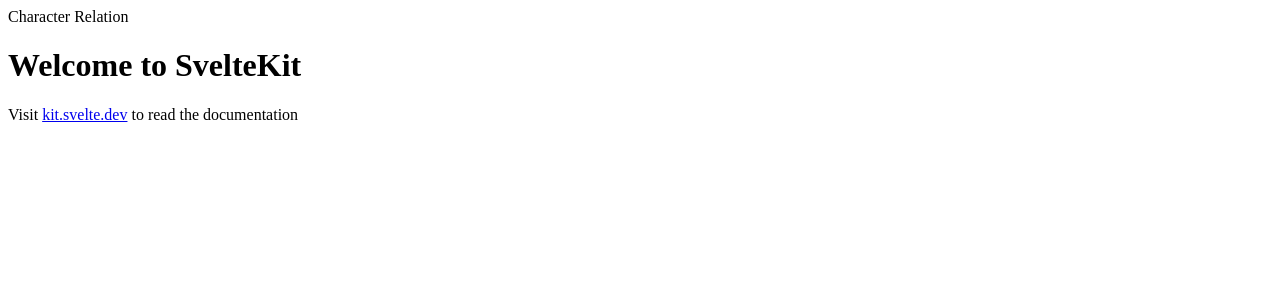
Repository: Lenerystia/Character_relationships
Page: /
An editor plug-in stored every save of this project. The page is shown before and after the next save, followed by the edit.
The browser window is 1280 px wide. The pictures show the whole page.
The project was rebuilt for these pictures with package versions that can differ from the ones it lists, and the page was loaded fresh each time. The framework's server and built-in components were replaced by stand-ins that run in the browser. Also part of the build but not shown: svelte.config.js, vite.config.ts, src/app.css.

Above is the page before, as saved 2024-05-06 20:37:59.

### src/routes/+layout.svelte
<script>
    import '../app.css'
    import HeaderMain from '$lib/HeaderMain.svelte'
</script>
   <HeaderMain />
  <slot />

### src/routes/+page.svelte
<script>
    import HeaderMain from '$lib/HeaderMain.svelte'
</script>
<h1>Welcome to SvelteKit</h1>
<p>Visit <a href="https://kit.svelte.dev">kit.svelte.dev</a> to read the documentation</p>

### src/lib/HeaderMain.svelte
<script>
    import '../app.css'

</script>

<header >
    Character Relation
</header>

Loaded but not shown: src/app.html (common file)

After the next save:
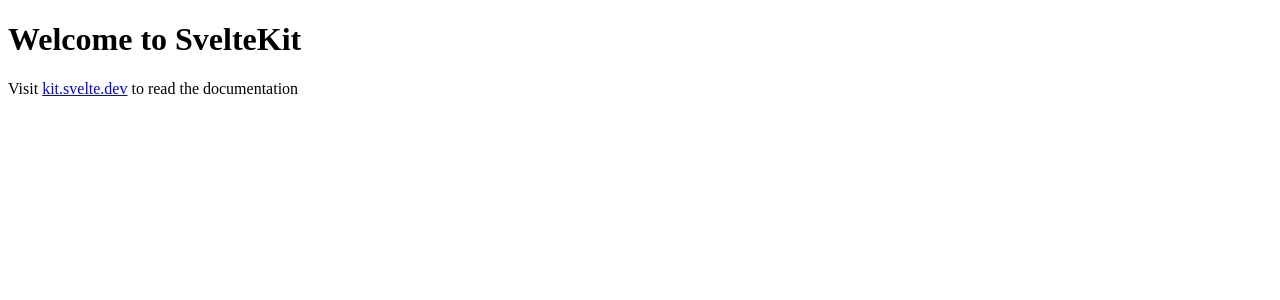
Saved 5 s later.
--- a/src/routes/+layout.svelte
+++ b/src/routes/+layout.svelte
@@ -1,6 +1,4 @@
 <script>
     import '../app.css'
-    import HeaderMain from '$lib/HeaderMain.svelte'
 </script>
-   <HeaderMain />
   <slot />

After the save that followed:
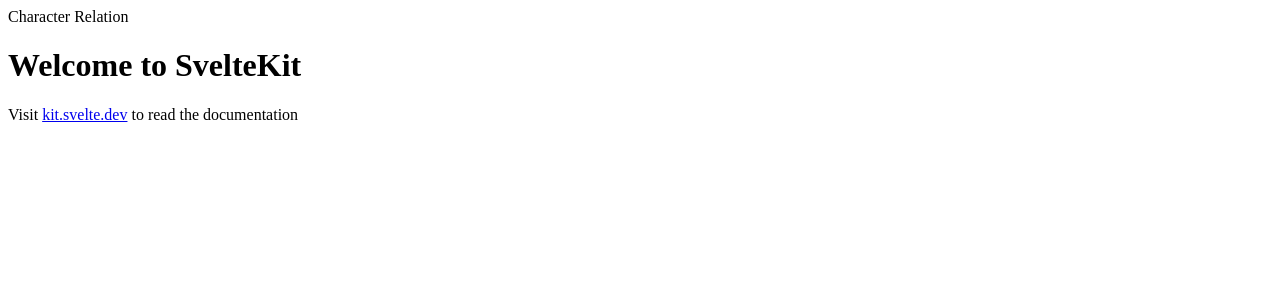
Saved 7 s later.
--- a/src/routes/+page.svelte
+++ b/src/routes/+page.svelte
@@ -1,5 +1,6 @@
 <script>
     import HeaderMain from '$lib/HeaderMain.svelte'
 </script>
+<HeaderMain />
 <h1>Welcome to SvelteKit</h1>
 <p>Visit <a href="https://kit.svelte.dev">kit.svelte.dev</a> to read the documentation</p>
